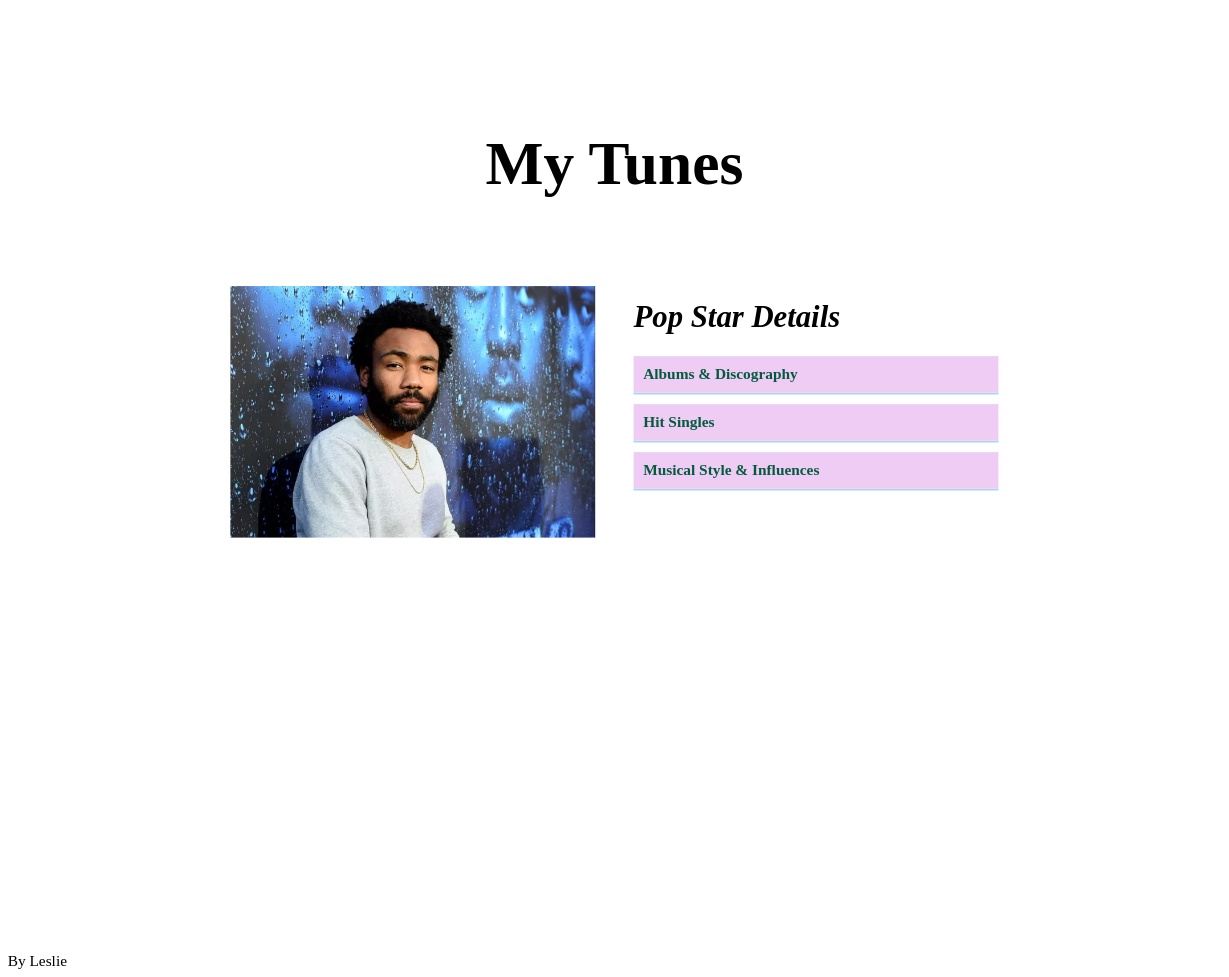
Repository: leslie179/labOne
Page: /
These files come from the project's save history. The page is drawn as it stood at one moment and after a run of saves; the edit follows.
The browser window is 1280 px wide. The pictures show the whole page, at 96% of full size.
The project was rebuilt for these pictures with package versions that can differ from the ones it lists, and the page was loaded fresh each time. The framework's server and built-in components were replaced by stand-ins that run in the browser. Also part of the build but not shown: next.config.js, components/Footer/Footer.module.css.

Above is the page before, as saved 2024-09-15 22:44:56.

After the next 3 saves:
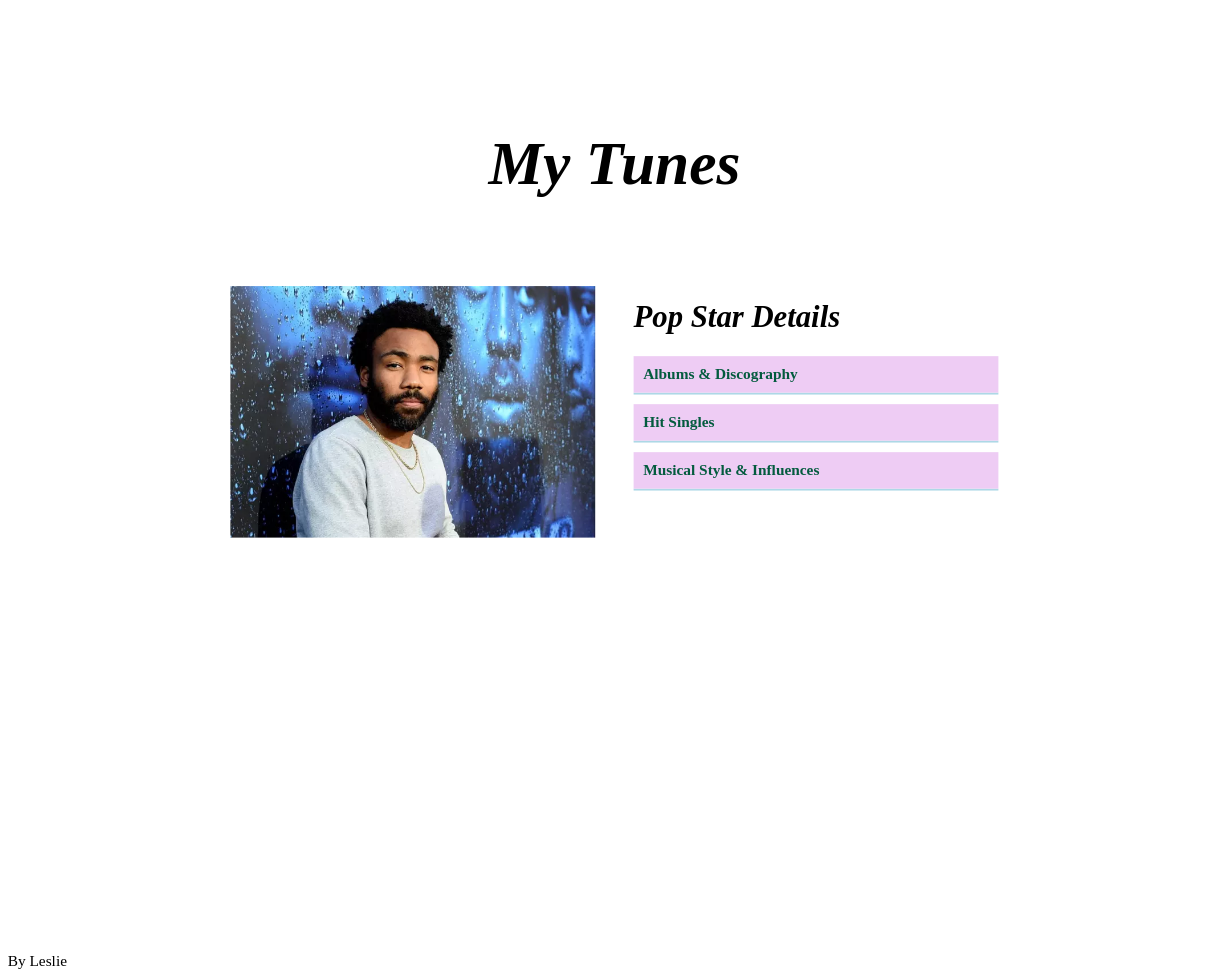
The 3 saves are shown as one change because they came seconds apart.
The last was saved 10 s later.
--- a/components/Header/Header.module.css
+++ b/components/Header/Header.module.css
@@ -6,5 +6,6 @@
   .header h1 {
     margin: 0;
     padding: 0;
-    font-size: 4rem; /* Adjust as needed */
+    font-size: 4rem;
+    font-style: italic;
   }
